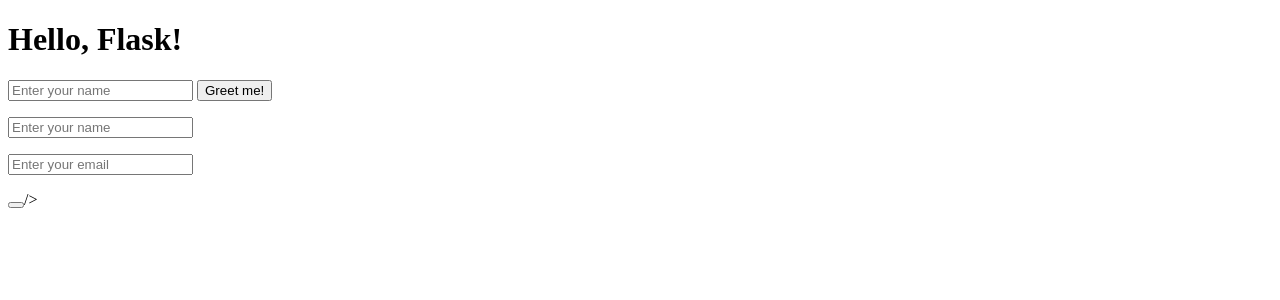
Repository: AlexandruMoloman/Instagram-Login-25Sep2024-
Page: http://localhost/
An editor plug-in stored every save of this project. The page is shown before and after the next save, followed by the edit.
The browser window is 1280 px wide. The pictures show the whole page.
The page is served by the project's application, run on Flask 3 (app.py).

Above is the page before, as saved 2024-09-15 21:55:07.

After the next save:
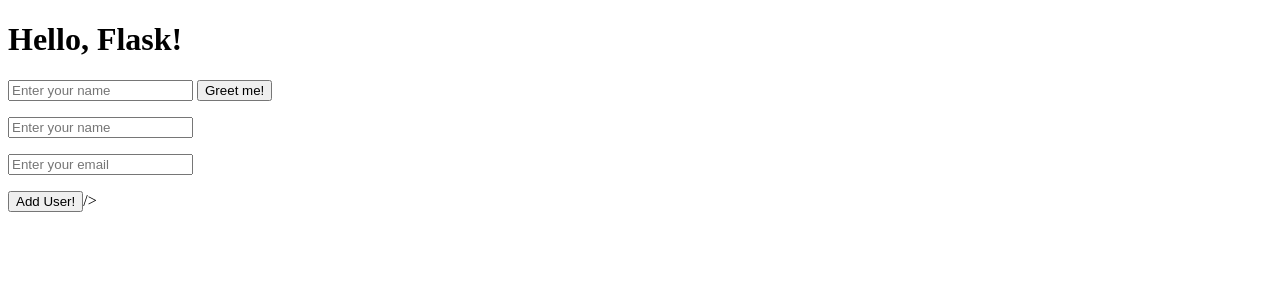
Saved 12 s later.
--- a/templates/index.html
+++ b/templates/index.html
@@ -20,7 +20,7 @@
       <p>
         <input type="email" name="email" placeholder="Enter your email" />
       </p>
-      <button type="submit" value="Add User!"></button>/>
+      <button type="submit">Add User!</button>/>
     </form>
   </body>
 </html>
